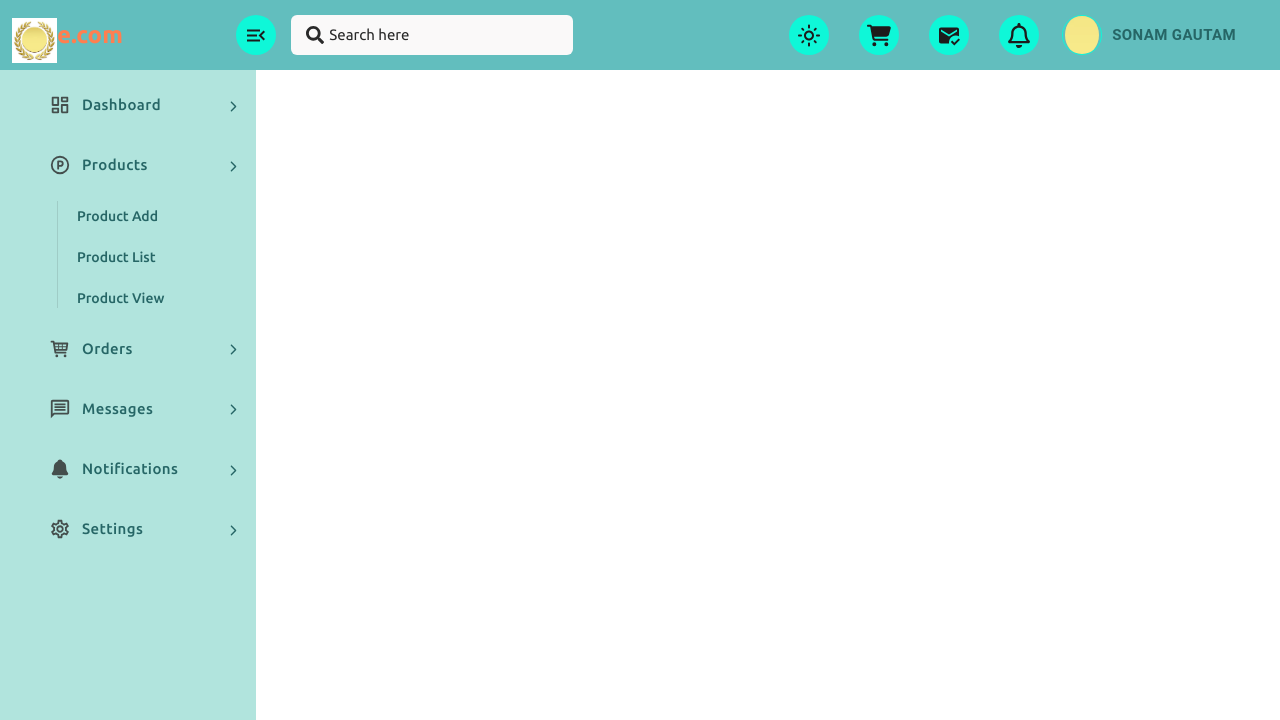
Repository: gautamsonam011/admin-react-dashboard
Page: /
An editor plug-in stored every save of this project. The page is shown before and after the next save, followed by the edit.
The browser window is 1280 px wide. The pictures show the whole page.
The project was rebuilt for these pictures with package versions that can differ from the ones it lists, and the page was loaded fresh each time.

Above is the page before, as saved 2025-04-15 16:05:21.

After the next save:
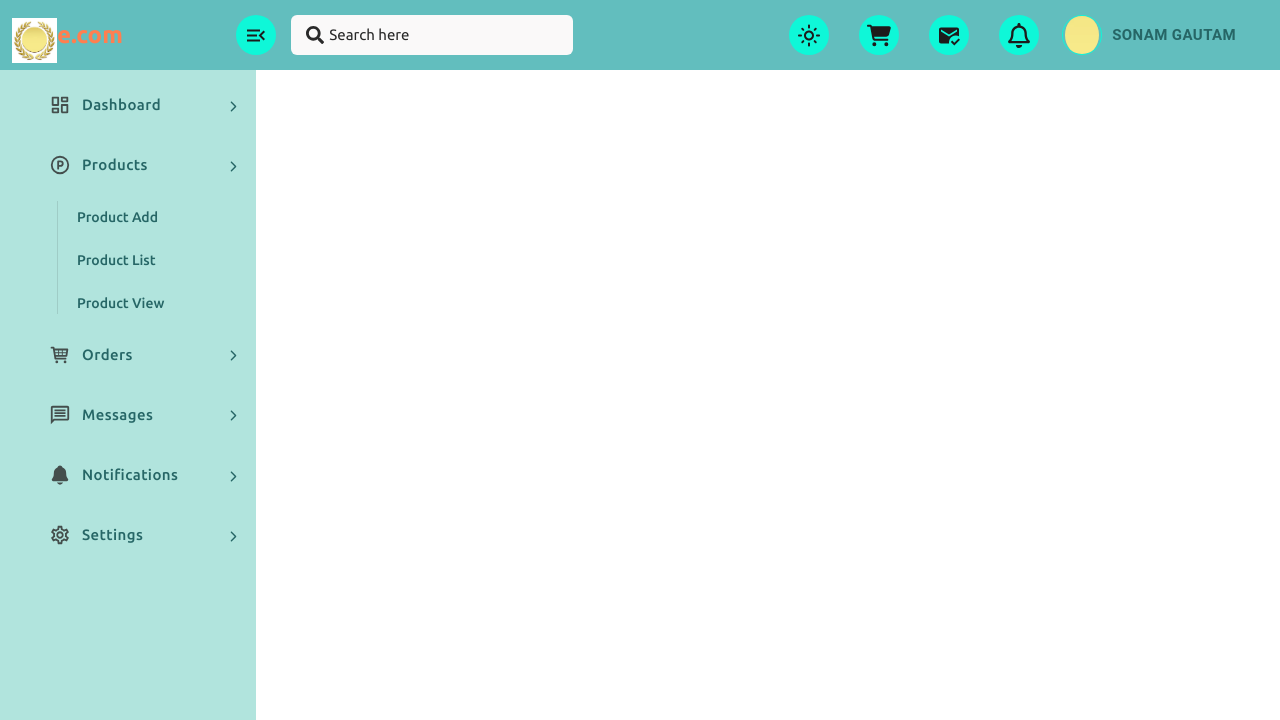
Saved 15 s later.
--- a/src/App.css
+++ b/src/App.css
@@ -73,5 +73,5 @@ header button.rounded-circle:hover svg{color: #2585d4 !important;}
 .main .sidebarWrapper .sidebar ul .submenu::before{content:''; width:1px; height: 95%; position: absolute; top:0px; left:25px; background:rgba(0, 0, 0, 0.1);}
 .main .sidebarWrapper .sidebar ul .submenu li{width:100%; list-style: none;}
 .main .sidebarWrapper .sidebar ul .submenu li a{color:#266666 !important; text-decoration: none; font-family: "Ubuntu", sans-serif !important;
-display: block; padding: 5px 0px; font-size: 14px !important; font-weight: 500; transition:all 0.3s}
+display: block; padding: 6px 0px; font-size: 14px !important; font-weight: 500; transition:all 0.3s}
 .main .sidebarWrapper .sidebar ul .submenu li a:hover{color:#2585d4 !important;}
